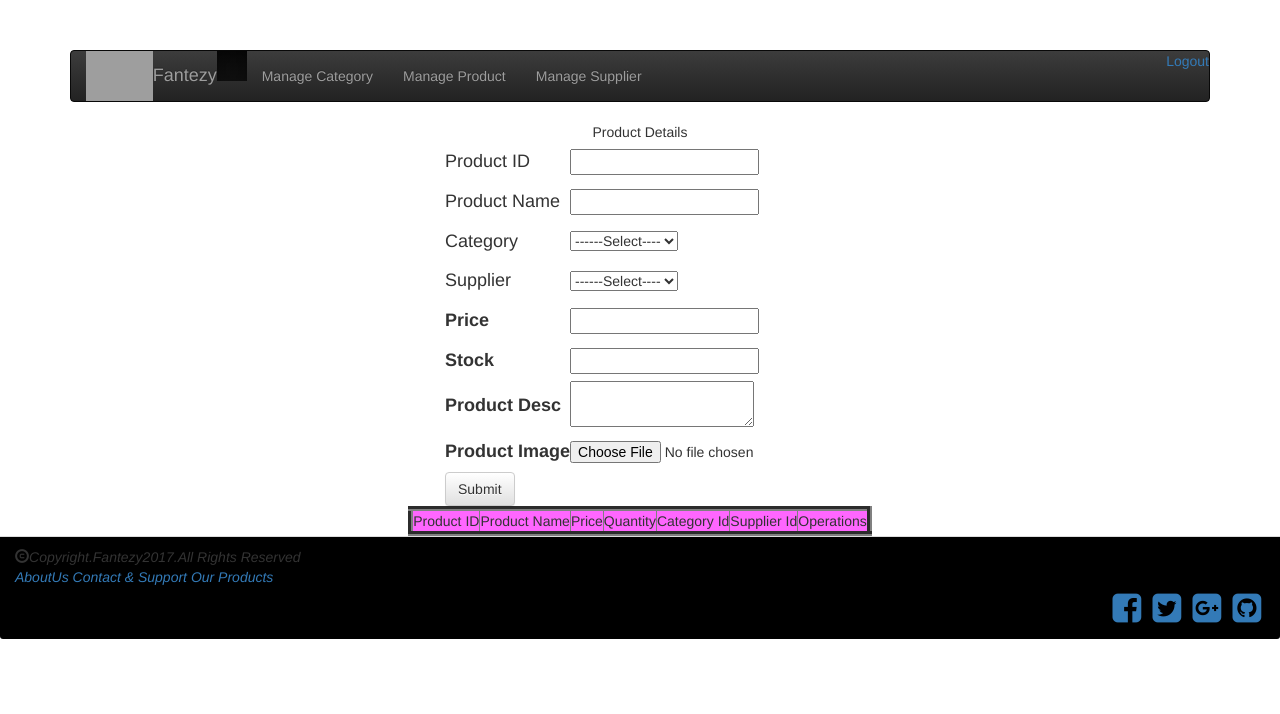
Repository: Safna93/eCommerce-project
Page: http://localhost/FantezyFrontendProject/WEB-INF/views/Product.jsp
An editor plug-in stored every save of this project. The page is shown before and after the next save, followed by the edit.
The browser window is 1280 px wide. The pictures show the whole page.
Pictures or frames that could not be fetched are drawn as grey boxes. Some web libraries are served in a nearby version. The page is served by Tomcat 9. Nobody is signed in. Other server files are loaded and not shown. The template is opened directly, without the code that normally fills it, so the values that code supplies are empty.

Above is the page before, as saved 2017-07-11 10:00:40.

### Fantezy Project/Fantezy/FantezyFrontendProject/src/main/webapp/WEB-INF/views/Product.jsp
<%@ page language="java" contentType="text/html"%>
<%@ taglib uri="http://java.sun.com/jsp/jstl/core" prefix="c"%>
<%@taglib prefix="form" uri="http://www.springframework.org/tags/form"%>

<%@include file="AdminHeader.jsp"%>

<form:form method="POST" action="InsertProduct" modelAttribute="product" enctype="Multipart/form-data">
<table align="center">
			<tr>
				<td colspan="2"><center>Product Details</center></td>
			</tr>
			<tr>
				<td><h4>Product ID</h4></td>
				<td><form:input path="prodid" /></td>
			</tr>
			<tr>
				<td><h4>Product Name</h4></td>
				<td><form:input path="prodname" /></td>
			</tr>

			<tr>
				<td><h4>Category</h4></td>
				<td><form:select path="catid">
						<form:option value="0" label="------Select----" />
						<form:options items="${catlist}" />
					</form:select>
				</td>
			</tr>
			<tr>
				<td><h4>Supplier</h4></td>
				<td><form:select path="suppid">
						<form:option value="0" label="------Select----" />
						<form:options items="${supplist}" />
					</form:select>
				</td>
			</tr>

			<tr>
				<td><h4><b>Price</b></h4></td>
				<td><form:input path="price" /></td>
			</tr>
			<tr>
				<td><h4><b>Stock</b></h4></td>
				<td><form:input path="quantity" /></td>
			</tr>
			<tr>
				<td><h4><b>Product Desc</b></h4></td>
				<td><form:textarea path="proddesc" /></td>
			</tr>
			<tr>
				<td><h4><b>Product Image</b></h4></td>
				<td><form:input type="file" path="pimage" /></td>
			</tr>

			<tr>
			<td colspan="2"><input type="submit" class="btn btn-default"/></td>

			</tr>
</table>
</form:form>

<!-- Displaying the Product data using Table -->
<table cellspacing="2" align="center" border="5">

	<tr bgcolor="#ff66ff">
		<td>Product ID</td>
		<td>Product Name</td>
		<td>Price</td>
		<td>Quantity</td>
		<td>Category Id</td>
		<td>Supplier Id</td>
		<td>Operations</td>
	</tr>
	<c:forEach items="${prodlist}" var="product">
		<tr bgcolor="#00ff99">
			<td>${product.prodid}</td>
			<td>${product.prodname}</td>
			<td>${product.price}</td>
			<td>${product.quantity}</td>
			<td>${product.catid}</td>
			<td>${product.suppid}</td>
			<td><a href="<c:url value="deleteProduct/${product.prodid}"/>">Delete</a>
				<a href="<c:url value="updateProduct/${product.prodid}"/>">Update</a>
			</td>
		</tr>
	</c:forEach>
</table>
<!-- Completed Displaying Table -->
<%@include file="Footer.jsp" %>
</body>
</html>

### Fantezy Project/Fantezy/FantezyFrontendProject/src/main/webapp/WEB-INF/views/AdminHeader.jsp
<!DOCTYPE html>
<html lang="en">
<head>
<title>Fatntezy-The Girlz Corner</title>
<meta charset="utf-8">
<meta name="viewport" content="width=device-width, initial-scale=1">
<%@ taglib uri="http://java.sun.com/jsp/jstl/core" prefix="c"%>
<link rel="stylesheet"
	href="https://maxcdn.bootstrapcdn.com/bootstrap/3.3.7/css/bootstrap.min.css">
<link href="<c:url value="/resources/css/Head.css" />" rel="stylesheet">
<script
	src="https://ajax.googleapis.com/ajax/libs/jquery/3.2.1/jquery.min.js"></script>
<script
	src="https://maxcdn.bootstrapcdn.com/bootstrap/3.3.7/js/bootstrap.min.js"></script>
</head>
<body>




	<div class="header">
		<div class="container">
			<header style="height: 50px;"></header>
			<!------------- Navbar -------------->
			<nav class="my-nav navbar navbar-inverse bs-dark">
				<div class="navbar-header"></div>












				<div class="collapse navbar-collapse"
					id="bs-example-navbar-collapse-1">
					<ul class="nav navbar-nav">
						<a class="navbar-brand" href="#" style="padding: 0px;"> <img
							src="mylogo.png" style="height: 100%; display: inline-block;"><span>Fantezy</span>
						</a>


						<li class="active"><a href="ioo"><span class="sr-only">HOME</span></a></li>

						<li><a href="Category">Manage Category</a></li>
						<li><a href="Product">Manage Product</a></li>
						<li><a href="Supplier">Manage Supplier</li>

					</ul>
					<ul>
						<div class="nav navbar-nav navbar-right">
<a href="#">${sessionScope.username}</a>
							<a href="logout">Logout</a> </a>
						</div>
					</ul>
				</div>







				</li>
				</ul>
		</div>
		</nav>
	</div>

	<!----------- !Navbar End ------------>


	</div>

### Fantezy Project/Fantezy/FantezyFrontendProject/src/main/webapp/WEB-INF/views/Footer.jsp


<html lang="en">
<head>
<title>Fantezy</title>
  <meta charset="utf-8">
  <meta name="viewport" content="width=device-width, initial-scale=1"><!-- Latest compiled and minified CSS -->
<link rel="stylesheet" href="https://maxcdn.bootstrapcdn.com/bootstrap/3.3.4/css/bootstrap.min.css">
<link rel="stylesheet" href="https://cdnjs.cloudflare.com/ajax/libs/font-awesome/4.6.3/css/font-awesome.min.css">
<!-- Optional theme -->
<link rel="stylesheet" href="https://maxcdn.bootstrapcdn.com/bootstrap/3.3.4/css/bootstrap-theme.min.css">
 <!-- jQuery (necessary for Bootstrap's JavaScript plugins) -->
    <script src="https://ajax.googleapis.com/ajax/libs/jquery/1.11.2/jquery.min.js"></script>
<!-- Latest compiled and minified JavaScript -->
<script src="https://maxcdn.bootstrapcdn.com/bootstrap/3.3.4/js/bootstrap.min.js"></script>
  <style>
.panel-footer{
	background-color: black;
	font-style: oblique;
}
body{
	background-color: white;
	font:oblique;
	size:18;
}
.social:hover {
     -webkit-transform: scale(1.1);
     -moz-transform: scale(1.1);
     -o-transform: scale(1.1);
 }
 .social {
     -webkit-transform: scale(0.8);
     /* Browser Variations: */

     -moz-transform: scale(0.8);
     -o-transform: scale(0.8);
     -webkit-transition-duration: 0.5s;
     -moz-transition-duration: 0.5s;
     -o-transition-duration: 0.5s;
 }
/*
    Multicoloured Hover Variations
*/

 #social-fb:hover {
     color: #3B5998;
 }
 #social-tw:hover {
     color: #4099FF;
 }
 #social-gp:hover {
     color: #d34836;
 }
 #social-gh:hover {
     color: black;
 }
</style>
</head>
<body>
<div class="panel-footer">

  <span class="glyphicon glyphicon-copyright-mark"></span>Copyright.Fantezy2017.All Rights Reserved
<div class="text-left left-block">
<a href="AboutUs">AboutUs</a></li>

<a href="ContactUs">Contact & Support</a>
<a href="ProductDesc">Our Products</a>





<div class="text-right right-block">

                <a href="https://www.facebook.com"><i id="social-fb" class="fa fa-facebook-square fa-3x social"></i></a>
	            <a href="https://twitter.com"><i id="social-tw" class="fa fa-twitter-square fa-3x social"></i></a>
	            <a href="https://plus.google.com"><i id="social-gp" class="fa fa-google-plus-square fa-3x social"></i></a>
	            <a href="https://github.com"><i id="social-gh" class="fa fa-github-square fa-3x social"></i></a>
</div>

</div>


</body>
</html>

### Fantezy Project/Fantezy/FantezyFrontendProject/src/main/webapp/resources/css/Head.css


.bs-dark.navbar-inverse {
  background-color: #222;
  border-color: #080808;
}
.bs-dark .navbar-img {padding:5px 6px !important;}
.bs-dark .navbar-img img {width:40px;}
.bs-dark .dropdown-menu {
  min-width: 200px;
  padding: 5px 0;
  margin: 2px 0 0;
  background-color: #000;
  border: 1px solid rgba(0, 0, 0, 0.7);
  border: 1px solid rgba(0, 0, 0, .15);
  -webkit-box-shadow: 0 6px 12px rgba(0, 0, 0, .175);
          box-shadow: 0 6px 12px rgba(0, 0, 0, .175);
}

.bs-dark .dropdown-menu .divider {
  border: 1px solid rgba(0, 0, 0, 0.8);
}
.bs-dark .dropdown-menu > li > a {
  padding: 6px 20px;
  color: rgba(255,255,255,0.80);
}
.bs-dark .dropdown-menu > li > a:hover,
.bs-dark .dropdown-menu > li > a:focus {
  color: rgba(255,255,255,0.70);
  text-decoration: none;
  background-color: transparent;
}
.bs-dark .dropdown-menu > .active > a,
.bs-dark .dropdown-menu > .active > a:hover,
.bs-dark .dropdown-menu > .active > a:focus {
  color: rgba(255,255,255,0.70);
  text-decoration: none;
  background-color: transparent;
  outline: 0;
}

.bs-dark .navbar-form {
  margin:0;
  margin-top: 5px;
  padding:8px 0px;
}

.bs-dark .navbar-form .search-box {
  border:0px;
  height:35px;
  outline: none;
  width:320px;
  padding-right: 3px;
  padding-left: 15px;
  margin:4px;
  -webkit-border-radius: 22px;
  -moz-border-radius: 22px;
  border-radius: 22px;
}

.bs-dark .navbar-form button {
  border: 0;
  background: none;
  padding: 2px 5px;
  margin-top: 2px;
  position: relative;
  left: -34px;
  margin-bottom: 0;
  -webkit-border-radius: 3px;
  -moz-border-radius: 3px;
  border-radius: 3px;
}

.bs-dark .search-box:focus + button {
  z-index: 3;
}

@media (min-width: 768px) {
    .bs-dark .dropdown:hover {background-color: #000;}
	.bs-dark .dropdown:hover .dropdown-menu {
	  display: block;
	}
	.bs-dark .navbar-form {
	  padding:0px;
	}
	.bs-dark .navbar-form .search-box {
	  width:260px;
	  height:32px;
	}

}

After the next save:
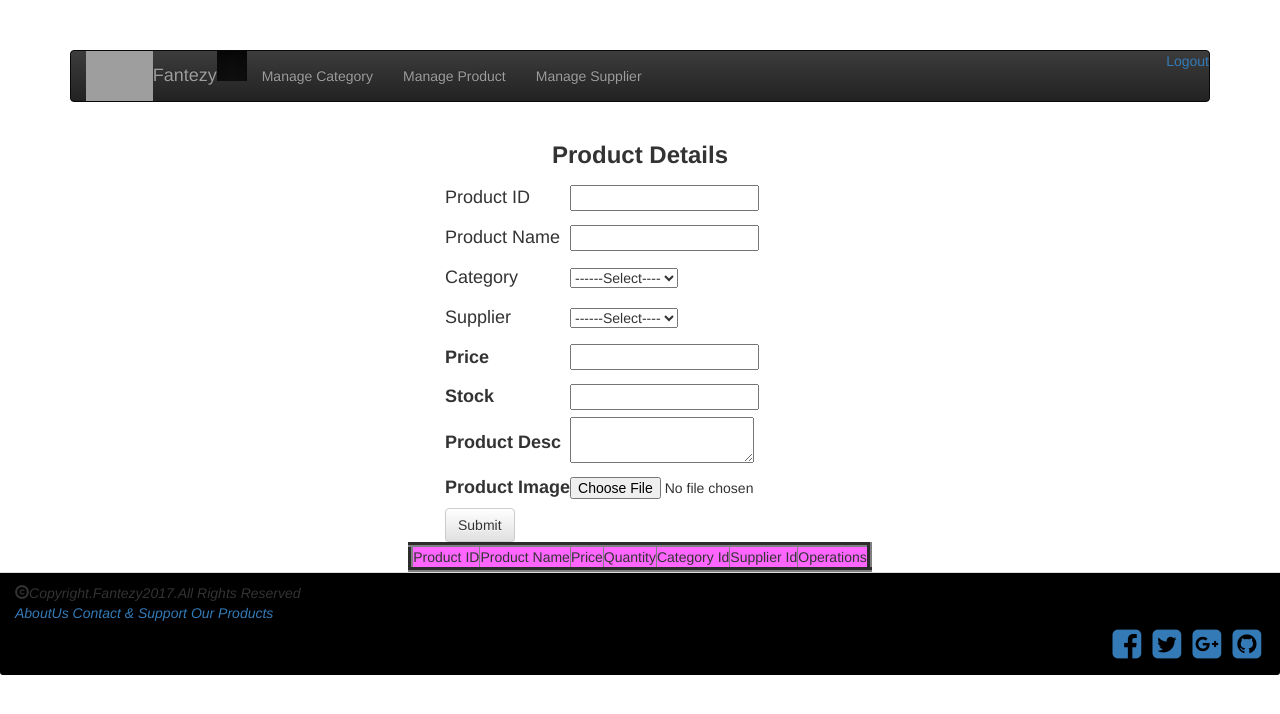
Saved 89 s later.
--- a/Fantezy Project/Fantezy/FantezyFrontendProject/src/main/webapp/WEB-INF/views/Product.jsp
+++ b/Fantezy Project/Fantezy/FantezyFrontendProject/src/main/webapp/WEB-INF/views/Product.jsp
@@ -7,7 +7,7 @@
 <form:form method="POST" action="InsertProduct" modelAttribute="product" enctype="Multipart/form-data">
 <table align="center">
 			<tr>
-				<td colspan="2"><center>Product Details</center></td>
+				<td colspan="2"><center><h3><b>Product Details</b></h3></center></td>
 			</tr>
 			<tr>
 				<td><h4>Product ID</h4></td>
